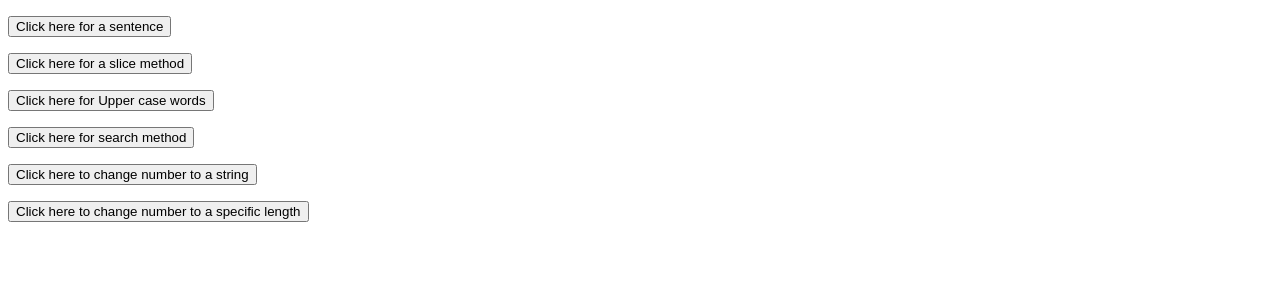
Repository: andyd71/Javascript-Projects
Page: Basic Javascript Projects/Project8_string_methods/index.html
These files come from the project's save history. The page is drawn as it stood at one moment and after the next save; the edit follows.
The browser window is 1280 px wide. The pictures show the whole page.

Above is the page before, as saved 2021-03-04 12:13:25.

After the next save:
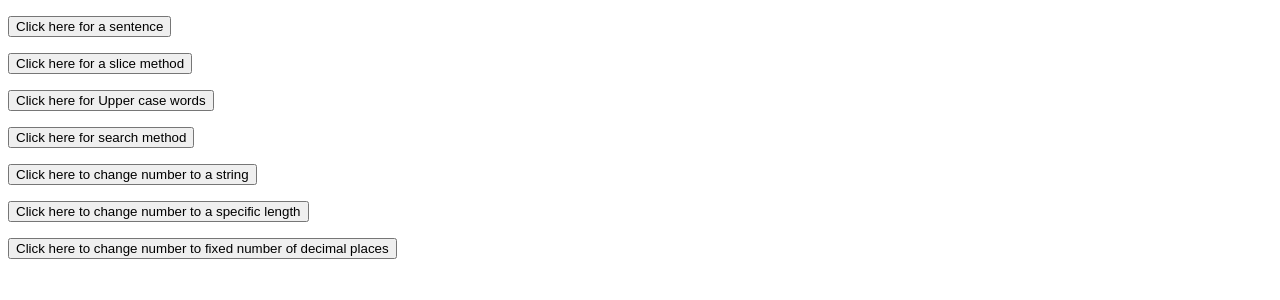
Saved 4 min 23 s later.
--- a/Basic Javascript Projects/Project8_string_methods/index.html
+++ b/Basic Javascript Projects/Project8_string_methods/index.html
@@ -24,5 +24,10 @@
 
       <p id="Precision"></p>
       <button onclick="precision_Method()">Click here to change number to a specific length</button>
+
+      <p id="Fix"></p>
+      <button onclick="fix_Method()">Click here to change number to fixed number of decimal places</button>
+
+
 </body>
 </html>
